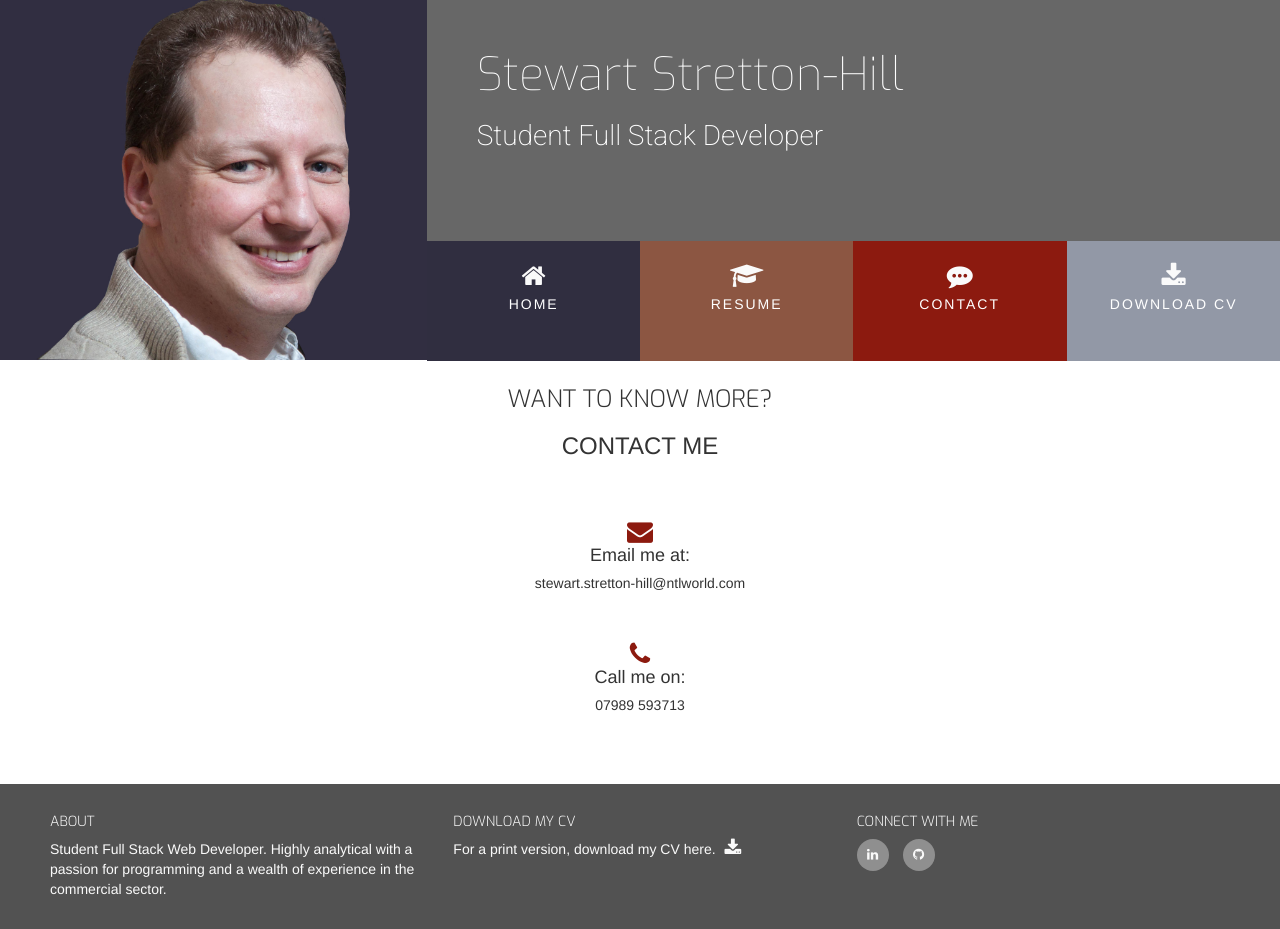
Repository: Shilldon/CV
Page: contact.html
The author's editor kept a record of every edit. The page is drawn from the files as they stood at one moment, then again after the next edit.
The browser window is 1280 px wide. The pictures show the whole page.

Above is the page before.

After the next edit:
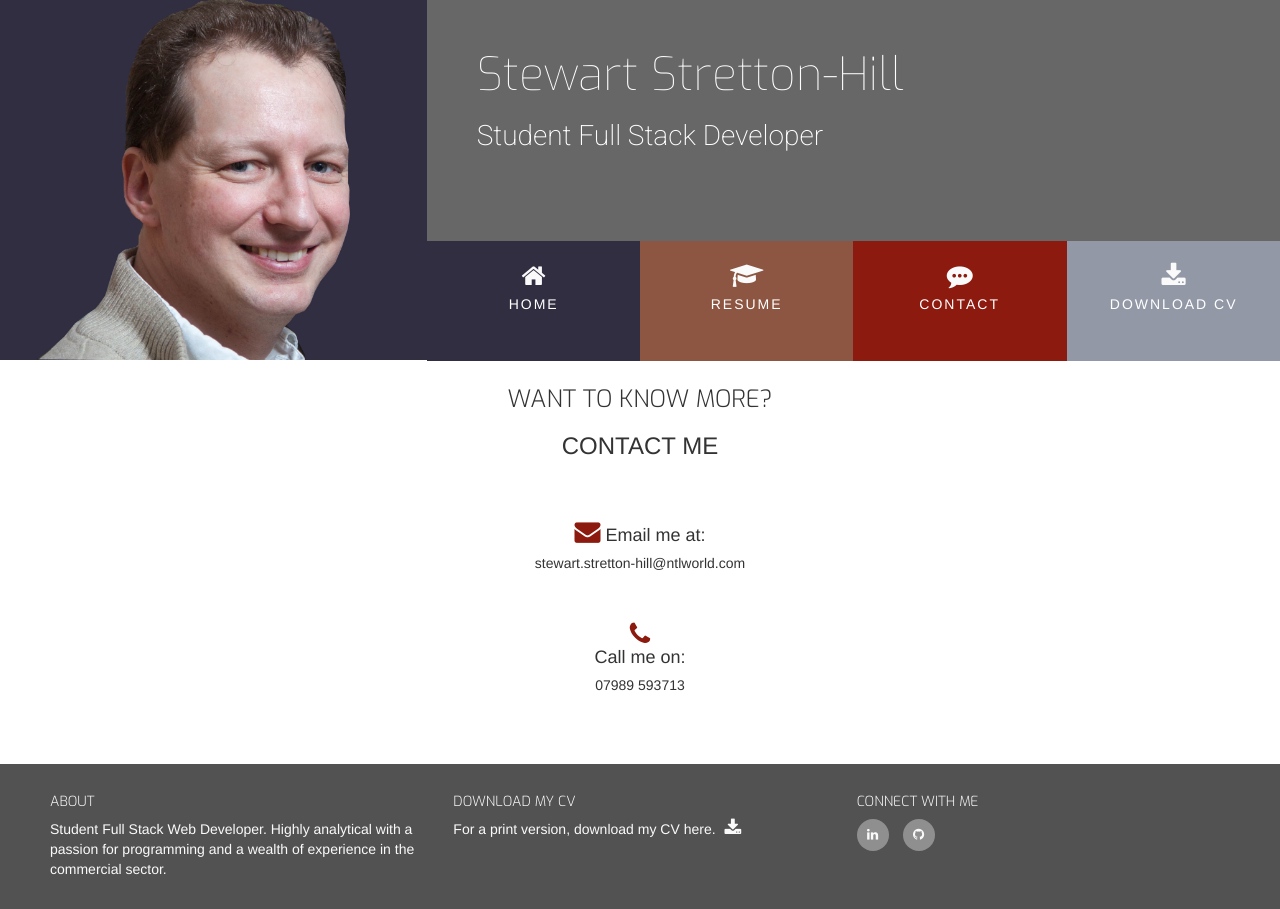
The edit:
--- a/contact.html
+++ b/contact.html
@@ -52,8 +52,8 @@
             <div class="contact-details">
                 <div class="row">
                     <div class="col-xs-10 col-xs-offset-1 text-center">
-                        <i class="three-reasons-icon fa fa-envelope" aria-hidden="true"></i>
-                        <h4>Email me at:</h4>
+
+                        <h4><i class="three-reasons-icon fa fa-envelope" aria-hidden="true"></i> Email me at:</h4>
                         <h5>stewart.stretton-hill@ntlworld.com</h5>
                     </div>
                 </div>
